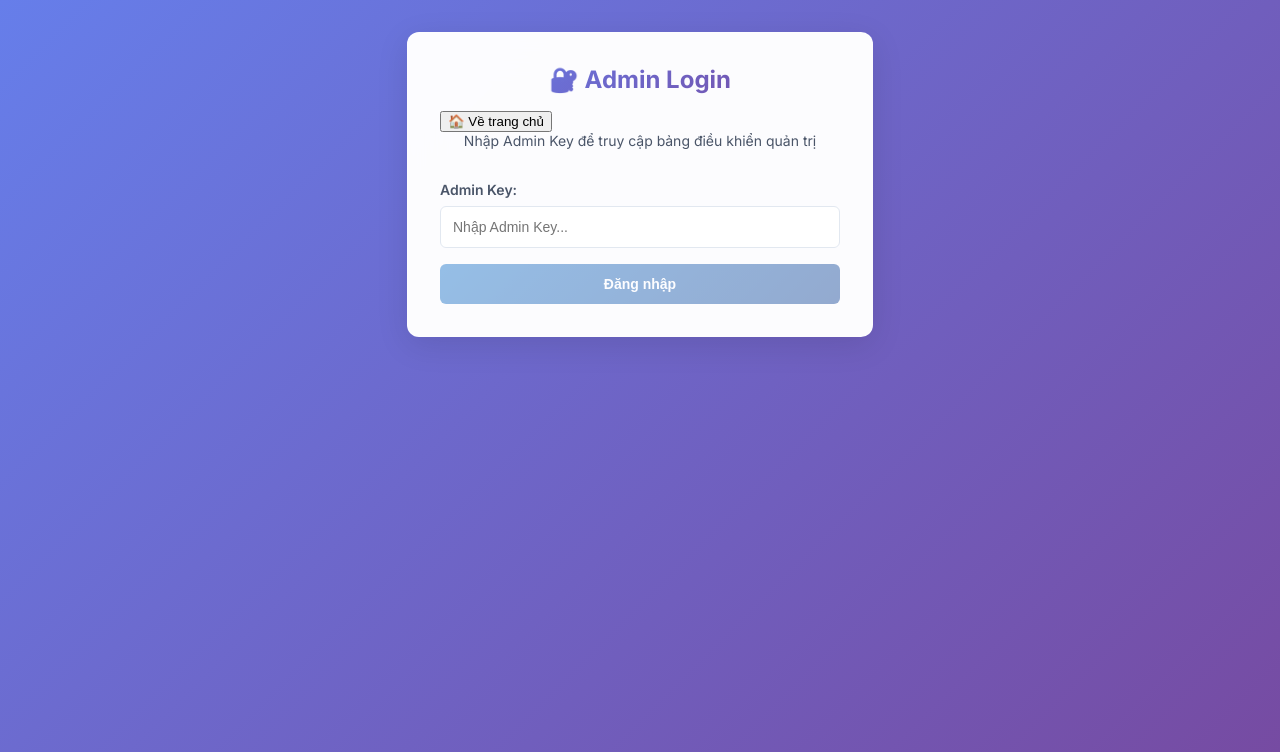
Repository: HuynhPPP/Quiz_App
Page: / (app in frontend/), after clicking the first element matching `button.admin-toggle-btn`
The author's editor kept a copy of each file at every save. The page is drawn from the files as they stood at one save, then again after the next save.
The browser window is 1280 px wide. The pictures show the whole page.
The page's requests for data from a server got no answer. The project was rebuilt for these pictures with package versions that can differ from the ones it lists, and the page was loaded fresh each time. No one was signed in, and anything a server would have sent is missing. Also part of the build but not shown: frontend/vite.config.js, frontend/src/components/Resutl.jsx, frontend/src/components/Review.jsx, frontend/src/components/PlayerNameSetup.jsx, frontend/src/components/Leaderboard.jsx, frontend/src/components/admin/QuestionManagement.jsx, frontend/src/components/admin/PlayerManagement.jsx, frontend/src/components/admin/AdminStats.jsx and 1 more.

Above is the page before, as saved 2025-09-28 14:31:11.

After the next save:
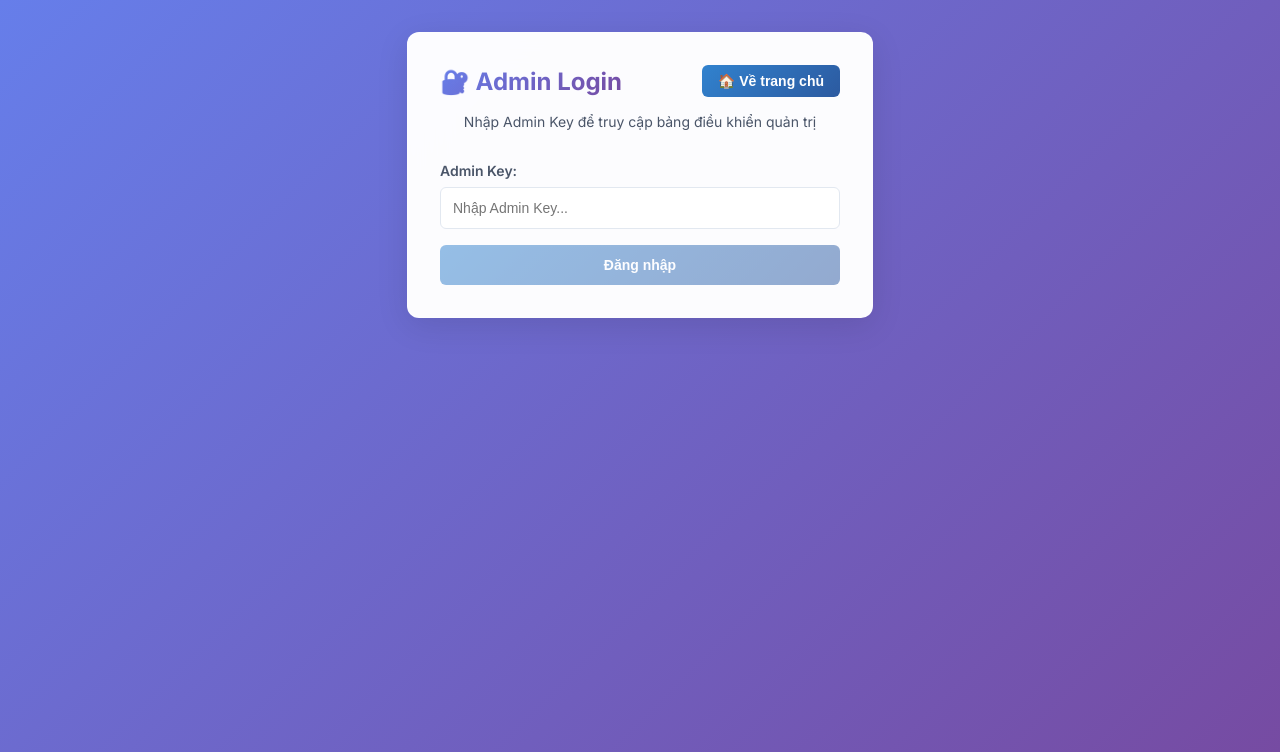
Saved 10 s later.
--- a/frontend/src/styles/admin.css
+++ b/frontend/src/styles/admin.css
@@ -1110,12 +1110,35 @@
   border: 1px solid rgba(255, 255, 255, 0.2);
 }
 
+.login-header {
+  display: flex;
+  justify-content: space-between;
+  align-items: center;
+  margin-bottom: 1rem;
+}
+
 .login-container h1 {
   color: #1a202c;
-  margin: 0 0 1rem 0;
+  margin: 0;
   font-size: 1.5rem;
   font-weight: 700;
-  text-align: center;
+}
+
+.home-btn-login {
+  background: linear-gradient(135deg, #3182ce 0%, #2c5aa0 100%);
+  color: white;
+  border: none;
+  padding: 0.5rem 1rem;
+  border-radius: 6px;
+  cursor: pointer;
+  font-size: 0.875rem;
+  font-weight: 600;
+  transition: all 0.2s ease;
+}
+
+.home-btn-login:hover {
+  transform: translateY(-1px);
+  box-shadow: 0 4px 12px rgba(49, 130, 206, 0.3);
 }
 
 .login-description {
